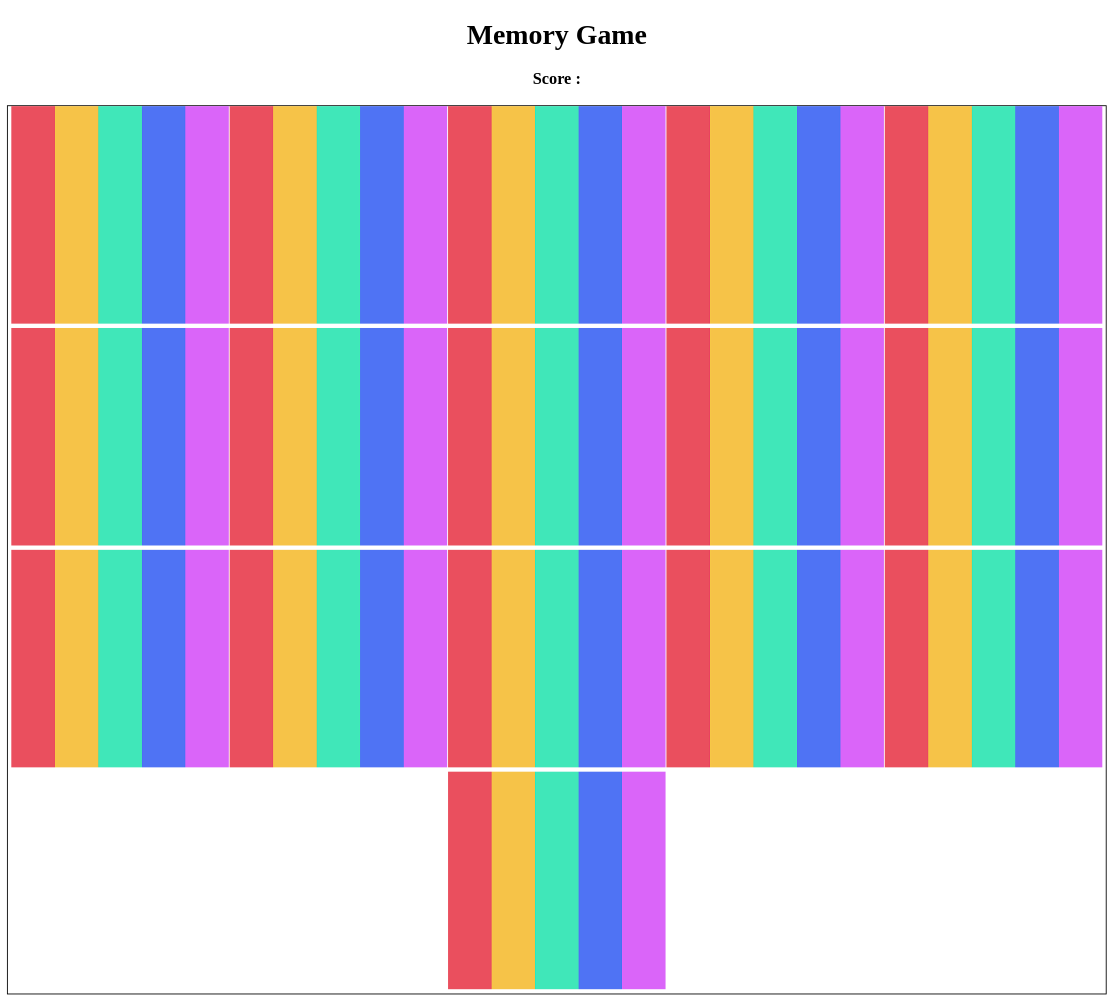
Repository: divyaravada/javascript-games
Page: memory-game/memorygame.html
These files come from the project's save history. The page is drawn as it stood at one moment and after the next save; the edit follows.
The browser window is 1280 px wide. The pictures show the whole page, at 87% of full size.

Above is the page before, as saved 2022-03-15 16:47:35.

### memory-game/memorygame.html
<!DOCTYPE html>
<html lang="en">
  <head>
    <meta charset="UTF-8" />
    <title>Memory Game</title>
    <link rel="stylesheet" href="./memorystyle.css" />
  </head>
  <body>
    <div>
      <h1>Memory Game</h1>
    </div>

    <div>
      <h3>Score : <span id="result"></span></h3>
    </div>

    <div id="grid"></div>

    <script src="./memory.js"></script>
  </body>
</html>

### memory-game/memorystyle.css
* {
  text-align: center;
  align-items: center;
  justify-content: center;
}
#grid {
  align-items: center;
  justify-content: center;
  width: fit-content;
  border: 1px solid black;
}
#grid img {
  width: 250px;
  height: 250px;
  padding: 0.5px;
}

### memory-game/memory.js
const cardArray = [
  {
    name: "redcar",
    img: "images/redcar.png",
  },
  {
    name: "whitecar",
    img: "images/whitecar.png",
  },
  {
    name: "yellowcar",
    img: "images/yellowcar.jpg",
  },
  {
    name: "purplecar",
    img: "images/purplecar.png",
  },
  {
    name: "greencar",
    img: "images/greencar.png",
  },
  {
    name: "browncar",
    img: "images/browncar.png",
  },
  {
    name: "bluecar",
    img: "images/bluecar.jpg",
  },
  {
    name: "blackcar",
    img: "images/blackcar.png",
  },
  {
    name: "redcar",
    img: "images/redcar.png",
  },
  {
    name: "whitecar",
    img: "images/whitecar.png",
  },
  {
    name: "yellowcar",
    img: "images/yellowcar.jpg",
  },
  {
    name: "purplecar",
    img: "images/purplecar.png",
  },
  {
    name: "greencar",
    img: "images/greencar.png",
  },
  {
    name: "browncar",
    img: "images/browncar.png",
  },
  {
    name: "bluecar",
    img: "images/bluecar.jpg",
  },
  {
    name: "blackcar",
    img: "images/blackcar.png",
  },
];

cardArray.sort(() => 0.5 - Math.random());

const gridDisplay = document.querySelector("#grid");
const resultDisplay = document.querySelector("#result");
let cardsChoosen = [];
let cardsChoosenIds = [];
const cardsWon = [];

function createBoard() {
  for (let i = 0; i < cardArray.length; i++) {
    const card = document.createElement("img");
    card.setAttribute("src", "images/rainbow.png");
    card.setAttribute("data-id", i);
    card.addEventListener("click", flipCard);
    gridDisplay.appendChild(card);
  }
}
createBoard();

function checkMatch() {
  const cards = document.querySelectorAll("img");
  const optionOneId = cardsChoosenIds[0];
  const optionTwoId = cardsChoosenIds[1];
  if (optionOneId == optionTwoId) {
    cards[optionOneId].setAttribute("src", "images/rainbow.png");
    cards[optionTwoId].setAttribute("src", "images/rainbow.png");
    alert("You have clicked the same image!");
  }

  if (cardsChoosen[0] == cardsChoosen[1]) {
    alert("You found a match");
    cards[optionOneId].setAttribute("src", "images/white.png");
    cards[optionTwoId].setAttribute("src", "images/white.png");
    cards[optionOneId].removeEventListener("click", flipCard);
    cards[optionTwoId].removeEventListener("click", flipCard);
    cardsWon.push(cardsChoosen);
  } else {
    cards[optionOneId].setAttribute("src", "images/rainbow.png");
    cards[optionTwoId].setAttribute("src", "images/rainbow.png");
    alert("Sorry Try again!");
  }
  resultDisplay.textContent = cardsWon.length;
  cardsChoosen = [];
  cardsChoosenIds = [];

  if (cardsWon.length == cardArray.length / 2) {
    resultDisplay.textContent = "Congratulations you found them all";
  }
}

function flipCard() {
  const cardId = this.getAttribute("data-id");
  cardsChoosen.push(cardArray[cardId].name);
  cardsChoosenIds.push(cardId);
  this.setAttribute("src", cardArray[cardId].img);
  if (cardsChoosen.length === 2) {
    setTimeout(checkMatch, 500);
  }
}

After the next save:
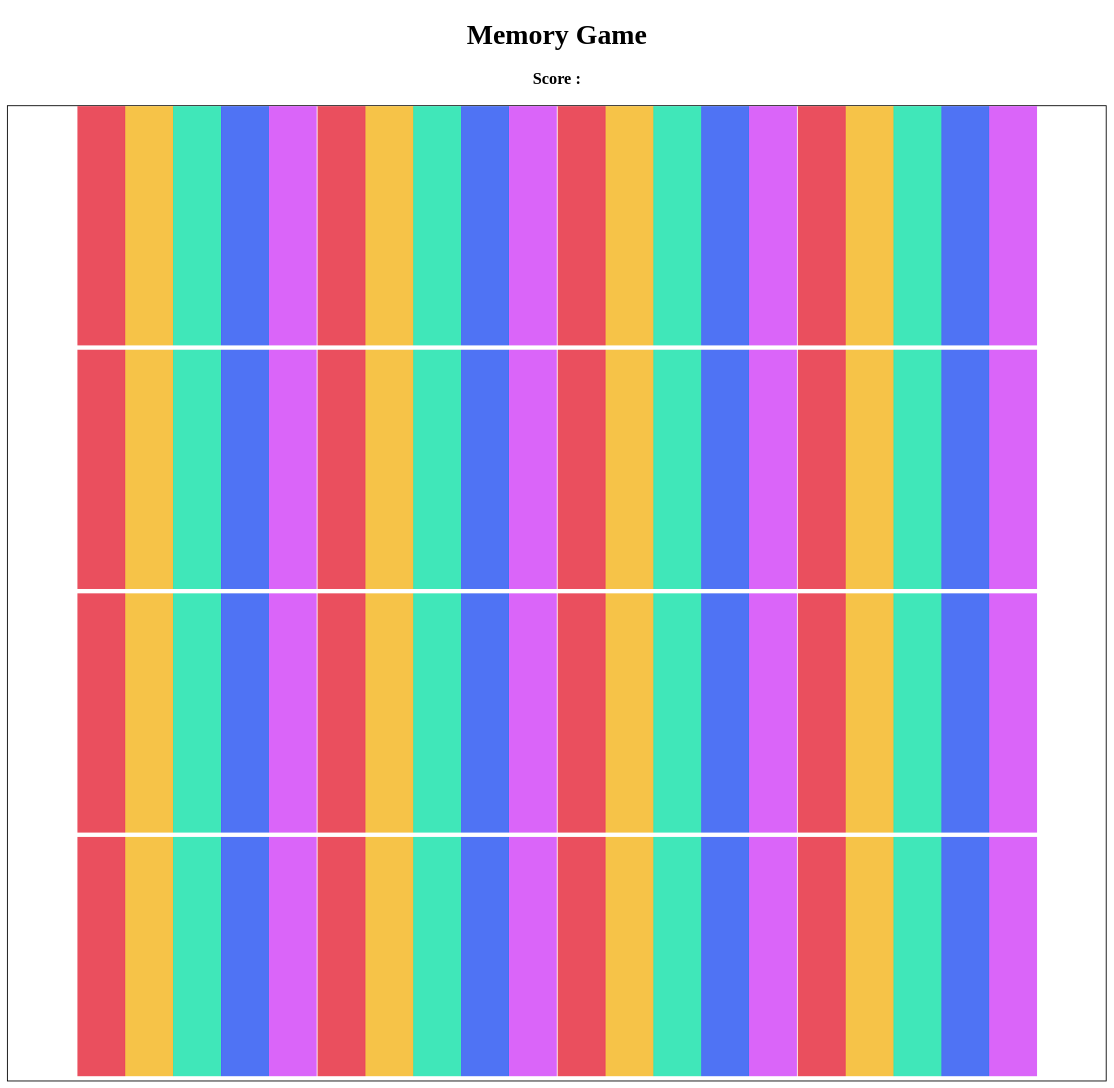
Saved 21 s later.
--- a/memory-game/memorystyle.css
+++ b/memory-game/memorystyle.css
@@ -10,7 +10,7 @@
   border: 1px solid black;
 }
 #grid img {
-  width: 250px;
-  height: 250px;
+  width: 275px;
+  height: 275px;
   padding: 0.5px;
 }
